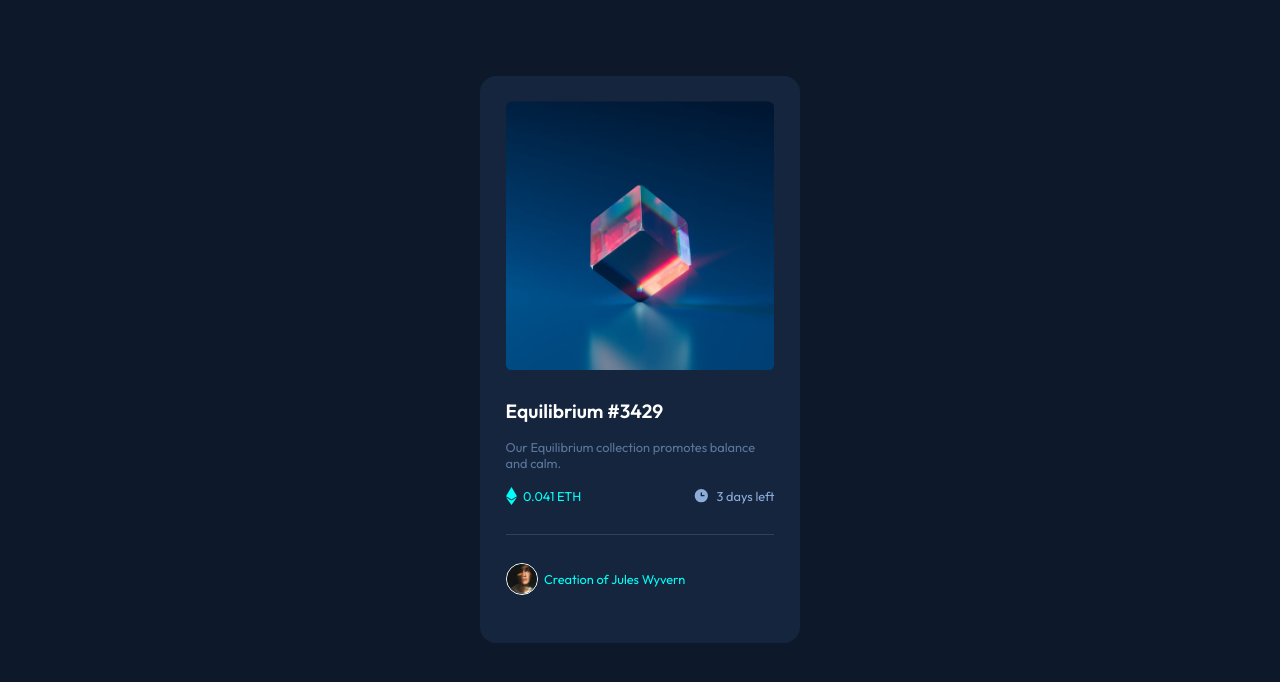
Repository: thaibaocoder1/nft-preview-card-component
Page: index.html
The author's editor kept a copy of each file at every save. The page is drawn from the files as they stood at one save, then again after a run of saves.
The browser window is 1280 px wide. The pictures show the whole page.

Above is the page before, as saved 2023-01-06 18:58:19.

### index.html
<!DOCTYPE html>
<html lang="en">
<head>
  <meta charset="UTF-8">
  <meta name="viewport" content="width=device-width, initial-scale=1.0">
  <link rel="icon" type="image/png" sizes="32x32" href="./images/favicon-32x32.png">
  <title>Frontend Mentor | NFT preview card component</title>
  <link rel="stylesheet" href="./images/favicon-32x32.png">
  <link rel="stylesheet" href="./style.css">
  <style>
    .attribution { font-size: 11px; text-align: center; }
    .attribution a { color: hsl(228, 45%, 44%); }
  </style>
</head>
<body>
  <main class="container">
    <img src="./images/image-equilibrium.jpg" alt="Image" class="container-img">
    <div class="container-content">
      <h2 class="container-heading">Equilibrium #3429</h2>
      <p class="container-desc">Our Equilibrium collection promotes balance and calm.</p>
      <section class="container-date">
        <div class="container-date-right">
          <img src="./images/icon-ethereum.svg" alt="" class="container-date--image">
          <span class="container-date--text">
            0.041 ETH
          </span>
        </div>
        <div class="container-date-left">
          <img src="./images/icon-clock.svg" alt="" class="container-date--image">
          <span class="container-date--text">
            3 days left
          </span>
        </div>
      </section>
      <hr id="mark">
      <div class="container-footer">
        <img src="./images/image-avatar.png" alt="" class="container-date--image">
        <span class="container-date--text">
          Creation of Jules Wyvern</span>
        </div>
      </div>
    </main>


  <!-- <div class="attribution">
    Challenge by <a href="https://www.frontendmentor.io?ref=challenge" target="_blank">Frontend Mentor</a>.
    Coded by <a href="#">baoDev</a>.
  </div> -->
</body>
</html>
<!-- Equilibrium #3429

Our Equilibrium collection promotes balance and calm.

0.041 ETH
3 days left

Creation of Jules Wyvern -->

### style.css
@import url('https://fonts.googleapis.com/css2?family=Outfit:wght@300;400;600&display=swap');
* {
    margin: 0;
    padding: 0;
    box-sizing: border-box;
}
body {
    text-rendering: optimizeLegibility;
    scroll-behavior: smooth;
    font-family: 'Outfit', sans-serif;
    display: flex;
    align-items: center;
    justify-content: center;
    min-height: calc(100vh - 1px);
    background-color: var(--very-dark-blue-main);
    font-size: 62.5%;
}
:root {
    --soft-blue: hsl(215, 51%, 70%);
    --cyan-color: hsl(178, 100%, 50%);
    --very-dark-blue-main: hsl(217, 54%, 11%);
    --very-dark-blue-card: hsl(216, 50%, 16%);
    --very-dark-blue-line: hsl(215, 32%, 27%);
    --white-color: hsl(0, 0%, 100%);
}
.container {
    width: 320px;
    background-color: var(--very-dark-blue-card);
    text-align: center;
    border-radius: 1rem;
}
.container .container-img {
    width: 20rem;
    height: 20rem;
    object-fit: cover;
    cursor: pointer;
    border-radius: 2rem;
    overflow: hidden;
    padding: 1.6rem;
}
.container .container-content {
    padding: 0 1.6rem 3rem 1.6rem;
    text-align: left;
}
.container .container-content .container-heading {
    color: var(--white-color);
    font-size: 1.2rem;
    padding-bottom: 1rem;
}
.container .container-content .container-desc {
    color: var(--soft-blue);
    font-size: 0.8rem;
    font-weight: 400;
    opacity: 0.6;
}
.container .container-date {
    display: flex;
    align-items: center;
    padding: 1rem 0 1.8rem;
}
.container-date .container-date-right, .container .container-date-left {
    display: flex;
    align-items: center;
    justify-content: center;
}
.container .container-date .container-date-left {
    margin-left: auto;
}
.container .container-date--text {
    color: var(--cyan-color);
    font-size: 0.8rem;
    line-height: 1rem;
    text-align: center;
    margin-left: 0.4rem;
}
.container .container-date-left .container-date--text {
    color: var(--soft-blue);
}
#mark {
    border: none;
    width: 100%;
    height: 1px;
    background-color: var(--very-dark-blue-line);
}
.container .container-footer {
    padding-top: 1.8rem;
    display: flex;
    align-items: center;
}
.container .container-footer .container-date--image {
    width: 2rem;
    height: 2rem;
    border-radius: 50%;
    border: 1px solid var(--white-color);
}

After the next 4 saves:
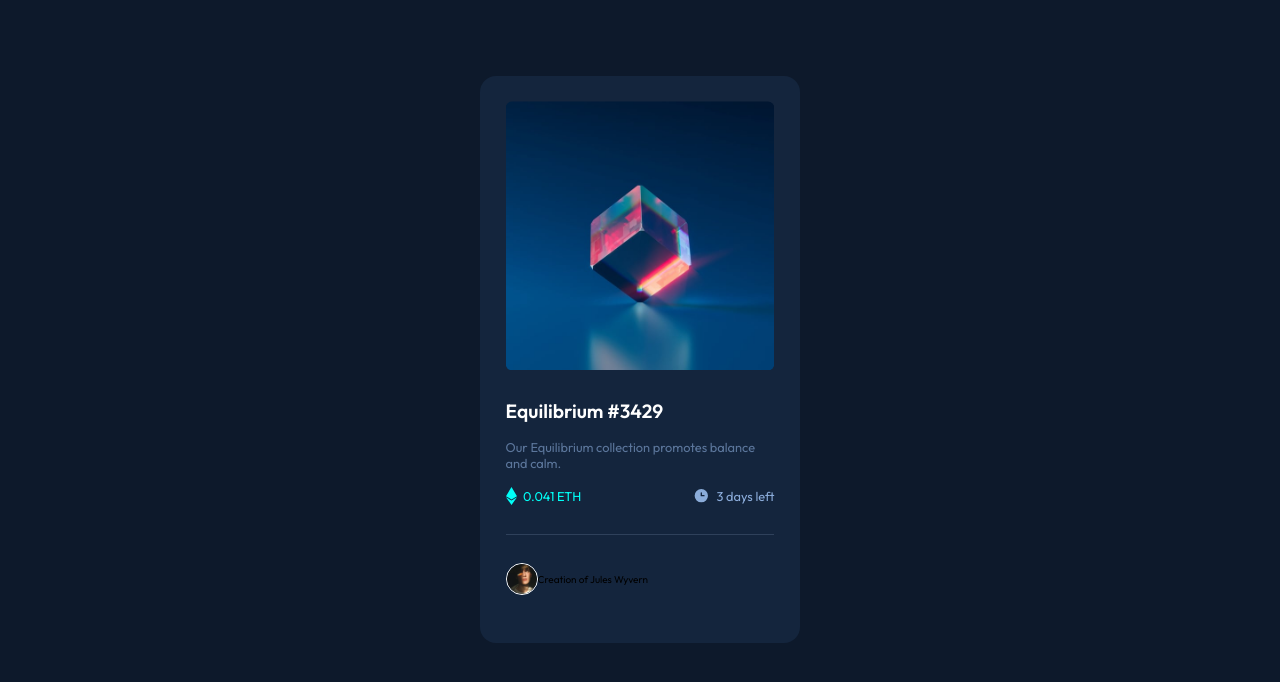
The 4 saves are shown as one change because they came seconds apart.
The last was saved 14 s later.
--- a/index.html
+++ b/index.html
@@ -35,7 +35,7 @@
       <hr id="mark">
       <div class="container-footer">
         <img src="./images/image-avatar.png" alt="" class="container-date--image">
-        <span class="container-date--text">
+        <span class="container-date--footer">
           Creation of Jules Wyvern</span>
         </div>
       </div>
